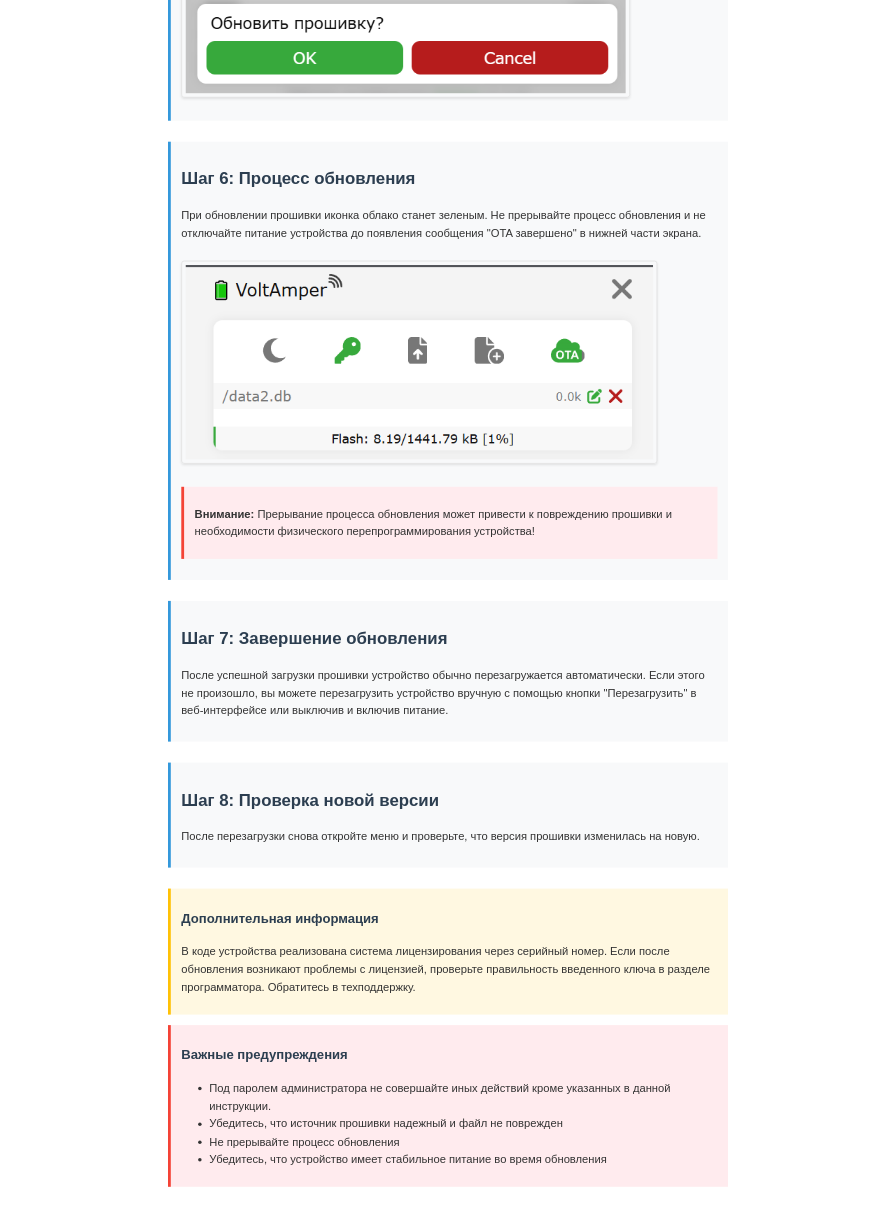
Repository: NikElectronics/ELIXStoFIX
Page: firware.html
The author's editor kept a copy of each file at every save. The page is drawn from the files as they stood at one save, then again after the next save.
The browser window is 1280 px wide. The pictures show the part of the page from y = 2989 to 4909 px (the page is 4719 px tall before and 4909 px after), at 70% of full size.

Above is the page before, as saved 2025-10-22 09:24:41.

After the next save:
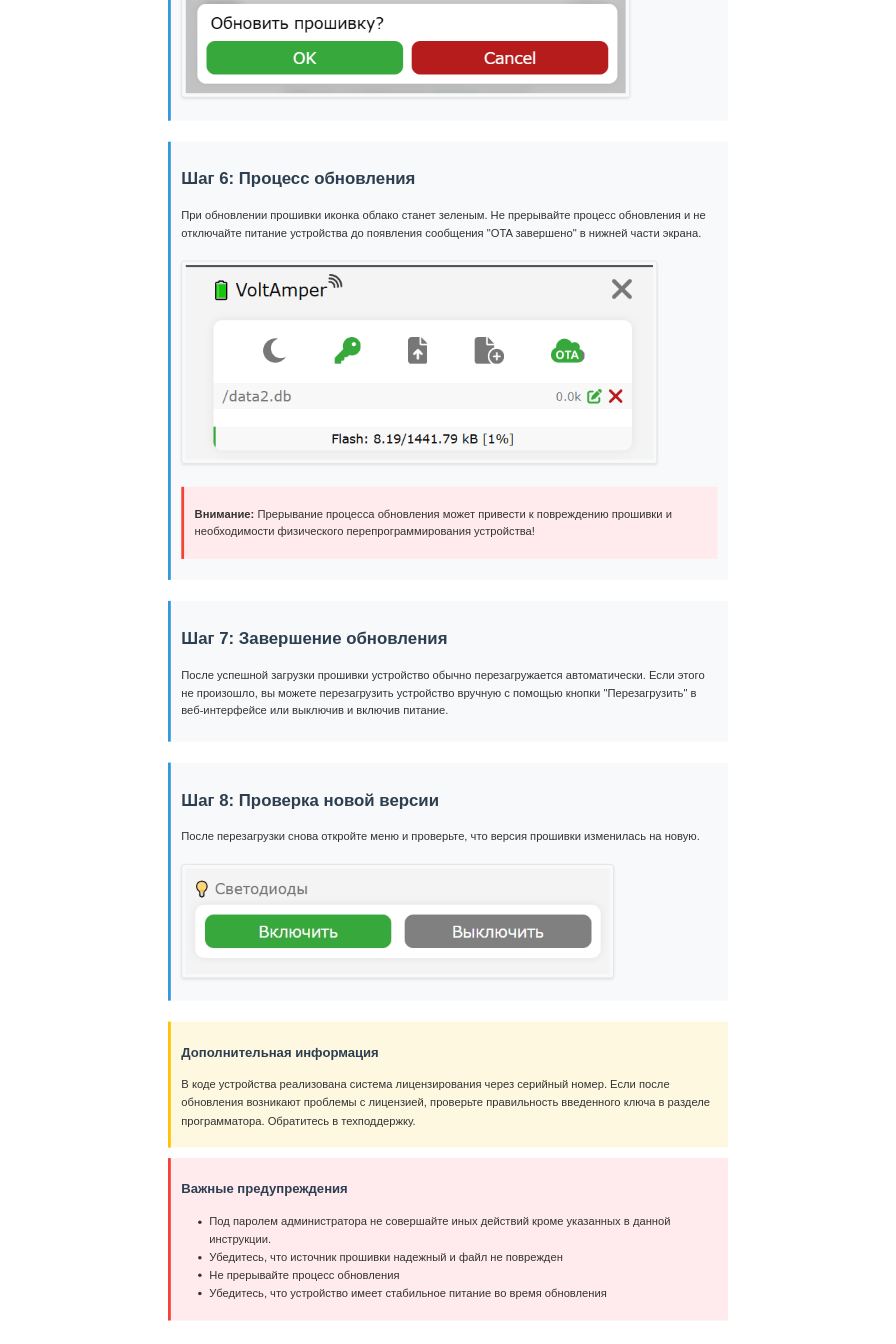
Saved 11 min 0 s later.
--- a/firware.html
+++ b/firware.html
@@ -133,6 +133,7 @@
     <div class="step">
         <h2>Шаг 8: Проверка новой версии</h2>
         <p>После перезагрузки снова откройте меню и проверьте, что версия прошивки изменилась на новую.</p>
+        <img src="images/led-controls.jpeg" alt="Процесс обновления прошивки" class="screenshot">
     </div>
 
     <div class="note">
